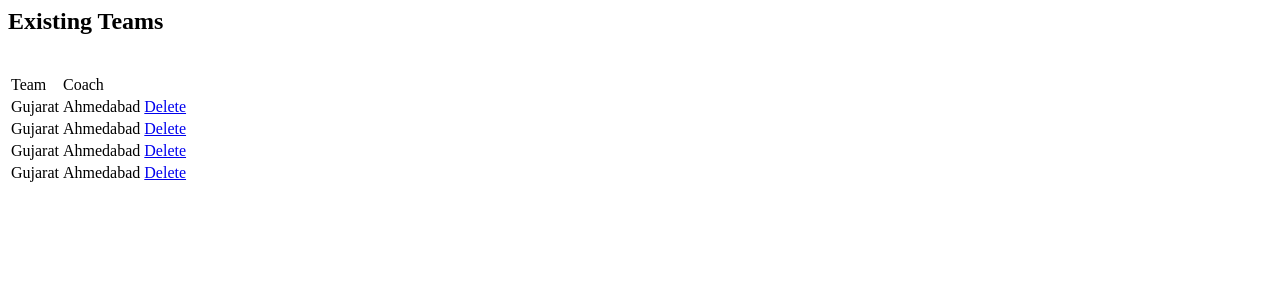
Repository: umng/Learn-to-Program
Page: http://localhost/Remove_team/
These files come from the project's save history. The page is drawn as it stood at one moment and after the next save; the edit follows.
The browser window is 1280 px wide. The pictures show the whole page.
The page is served by Tomcat 9. Other server files are loaded and not shown.

Above is the page before, as saved 2017-03-01 08:50:16.

### Java/CTS_SFDC/workspace/Remove team/WebContent/index.jsp
<%@page import="java.util.ArrayList"%>
<%@page import="team.City"%>
<%@page import="team.CityBO"%>
<%@page import="team.Team"%>
<%@page import="team.TeamBO"%>
<%@page import="java.util.List"%>
<%
	List<Team> teams = new ArrayList<>();
	teams.add(new Team("Gujarat", "Ahmedabad"));
	teams.add(new Team("Gujarat", "Ahmedabad"));
	teams.add(new Team("Gujarat", "Ahmedabad"));
	teams.add(new Team("Gujarat", "Ahmedabad"));
%>

<html>
	<body>
		<h2>Existing Teams</h2>
		<br>
		<table id="teams">
			<tr>
				<td>Team</td>
				<td>Coach</td>
				<td></td>
			</tr>
			<%
				for(Team t: teams) {
					out.print("<tr><td>" + t.getName() + "</td><td>" + t.getCoach() + "</td><td><a href='Delete?id=" + t.getId() + "'>Delete</a></td></tr>");
				}
			%>
		</table>
	</body>
</html>

### Java/CTS_SFDC/workspace/Remove team/src/team/Team.java
package team;


public class Team {


	private Integer id;
    private String name;
    private String coach;
    private City city;


    public Team(String name,String coach,City city) {
        this.name = name;
        this.coach = coach;
        this.city = city;

    }


    public Integer getId() {
		return id;
	}


	public void setId(Integer id) {
		this.id = id;
	}

    public Team(String name,String coach) {
        this.name = name;
        this.coach = coach;


    }
    Team() {
        throw new UnsupportedOperationException("Not supported yet."); //To change body of generated methods, choose Tools | Templates.
    }





	public String getName() {
        return name;
    }

    public void setName(String name) {
        this.name = name;
    }

    public String getCoach() {
        return coach;
    }

    public void setCoach(String coach) {
        this.coach = coach;
    }

    public City getCity() {
        return city;
    }

    public void setCity(City city) {
        this.city = city;
    }


}

After the next save:
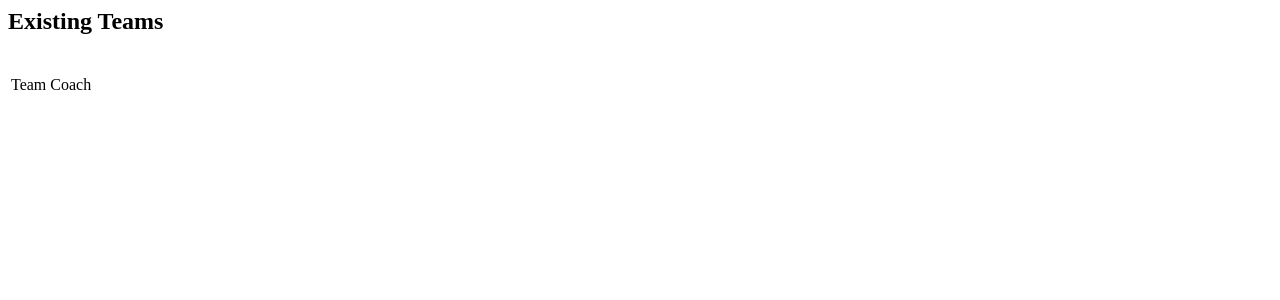
Saved 41 s later.
--- a/Java/CTS_SFDC/workspace/Remove team/WebContent/index.jsp
+++ b/Java/CTS_SFDC/workspace/Remove team/WebContent/index.jsp
@@ -23,9 +23,9 @@
 				<td></td>
 			</tr>
 			<%
-				for(Team t: teams) {
+				/*for(Team t: teams) {
 					out.print("<tr><td>" + t.getName() + "</td><td>" + t.getCoach() + "</td><td><a href='Delete?id=" + t.getId() + "'>Delete</a></td></tr>");
-				}
+				}*/
 			%>
 		</table>
 	</body>

After the 2 saves that followed:
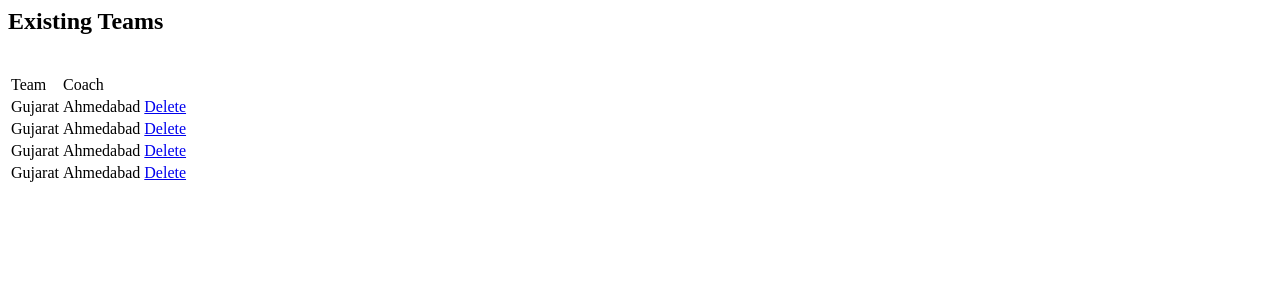
The 2 saves are shown as one change because 1 left the picture as it was.
The last was saved 60 s later.
--- a/Java/CTS_SFDC/workspace/Remove team/WebContent/index.jsp
+++ b/Java/CTS_SFDC/workspace/Remove team/WebContent/index.jsp
@@ -5,7 +5,7 @@
 <%@page import="team.TeamBO"%>
 <%@page import="java.util.List"%>
 <%
-	List<Team> teams = new ArrayList<>();
+	List<Team> teams = new ArrayList<Team>();
 	teams.add(new Team("Gujarat", "Ahmedabad"));
 	teams.add(new Team("Gujarat", "Ahmedabad"));
 	teams.add(new Team("Gujarat", "Ahmedabad"));
@@ -23,9 +23,9 @@
 				<td></td>
 			</tr>
 			<%
-				/*for(Team t: teams) {
+				for(Team t: teams) {
 					out.print("<tr><td>" + t.getName() + "</td><td>" + t.getCoach() + "</td><td><a href='Delete?id=" + t.getId() + "'>Delete</a></td></tr>");
-				}*/
+				}
 			%>
 		</table>
 	</body>
